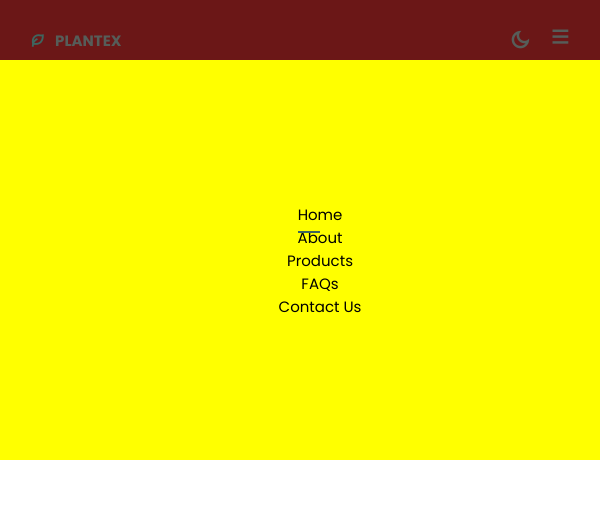
Repository: OmniaRafat232111121/plantwebsite
Page: index.html
These files come from the project's save history. The page is drawn as it stood at one moment and after the next save; the edit follows.
The browser window is 600 px wide. The pictures show the whole page.
After loading, the first visible `#navToggle` was clicked once.

Above is the page before, as saved 2023-01-04 16:15:36.

### index.html
<!DOCTYPE html>
<html lang="en">
<head>
    <meta charset="UTF-8">
    <meta http-equiv="X-UA-Compatible" content="IE=edge">
    <meta name="viewport" content="width=device-width, initial-scale=1.0">
    <title>plant-website</title>
      <!--icon web-->
    <link rel="shortcut icon" href="assets/img/favicon.png" type="image/x-icon">
    <!--css style-->
    <link rel="stylesheet" href="./assets/css/styles.css">
    <!--remix icon-->
    <link href="https://cdn.jsdelivr.net/npm/remixicon@2.5.0/fonts/remixicon.css" rel="stylesheet">
</head>
<body>
<!--header-->
<header class="header" id="header">
<div class="container-header">
    <a class="nav_logo">
   <i class="ri-leaf-line nav_logo-icon "></i>Plantex
</a>

<nav class="nav_menu" id="nav_menu">
    <ul class="nav_list" id="nav_list">
        <li class="nav_item" id="nav_item">
                            <a href="#home" class="nav_link active-link">Home</a>
                        </li>
                        <li class="nav__item">
                            <a href="#about" class="nav_link">About</a>
                        </li>
                        <li class="nav__item">
                            <a href="#products" class="nav_link">Products</a>
                        </li>
                        <li class="nav__item">
                            <a href="#faqs" class="nav_link">FAQs</a>
                        </li>
                        <li class="nav__item">
                            <a href="#contact" class="nav_link">Contact Us</a>
                        </li>
                        <li class="mood">
       <i class= "ri-moon-line change-theme" id="theme-button"></i>

    </li>



    </ul>

    <div class="nav-close" id="nav_close">
        <i class="ri-close-line"></i>

    </div>
    <div  class="nav-btns">
   <i class= "ri-moon-line change-theme" id="theme-button"></i>
    <div class="nav-toggle" id="navToggle">
      <i class="ri-menu-line"></i>
    </div>
   </div>
    </div>
</nav>
</div>

</header>
   <script src="./assets/js/main.js"></script>
</body>
</html>

### assets/css/styles.css
/*=============== GOOGLE FONTS ===============*/
@import url('https://fonts.googleapis.com/css2?family=Poppins:wght@400;500;600;700&display=swap');

/*=============== VARIABLES CSS ===============*/
:root {
  --header-height: 3.5rem; /*56px*/

  /*========== Colors ==========*/
  /*Color mode HSL(hue, saturation, lightness)*/
  --black:#000;
  --green:#3e655e;
  --hue: 152;
  --first-color: hsl(var(--hue), 24%, 32%);
  --first-color-alt: hsl(var(--hue), 24%, 28%);
  --first-color-light: hsl(var(--hue), 24%, 66%);
  --first-color-lighten: hsl(var(--hue), 24%, 92%);
  --title-color: hsl(var(--hue), 4%, 15%);
  --text-color: hsl(var(--hue), 4%, 35%);
  --text-color-light: hsl(var(--hue), 4%, 55%);
  --body-color: hsl(var(--hue), 0%, 100%);
  --container-color: #FFF;

  /*========== Font and typography ==========*/
  /*.5rem = 8px | 1rem = 16px ...*/
  --body-font: 'Poppins', sans-serif;
  --big-font-size: 2rem;
  --h1-font-size: 1.5rem;
  --h2-font-size: 1.25rem;
  --h3-font-size: 1rem;
  --normal-font-size: .938rem;
  --small-font-size: .813rem;
  --smaller-font-size: .75rem;

  /*========== Font weight ==========*/
  --font-medium: 500;
  --font-semi-bold: 600;

  /*========== Margenes Bottom ==========*/
  /*.5rem = 8px | 1rem = 16px ...*/
  --mb-0-5: .5rem;
  --mb-0-75: .75rem;
  --mb-1: 1rem;
  --mb-1-5: 1.5rem;
  --mb-2: 2rem;
  --mb-2-5: 2.5rem;

  /*========== z index ==========*/
  --z-tooltip: 10;
  --z-fixed: 100;
}

/* Responsive typography */
@media screen and (min-width: 968px) {
  :root {
    --big-font-size: 3.5rem;
    --h1-font-size: 2.25rem;
    --h2-font-size: 1.5rem;
    --h3-font-size: 1.25rem;
    --normal-font-size: 1rem;
    --small-font-size: .875rem;
    --smaller-font-size: .813rem;
  }
}

/*=============== BASE ===============*/
*{
  box-sizing: border-box;
  padding: 0;
  margin: 0;
}

html{
  scroll-behavior: smooth;
}

body,
button,
input,
textarea{
  font-family: var(--body-font);
  font-size: var(--normal-font-size);
}

body{
  margin: var(--header-height) 0 0 0;
  background-color: var(--body-color);
  color: var(--text-color);
  transition: .4s; /*For animation dark mode*/
}

button{
  cursor: pointer;
  border: none;
  outline: none;
}

h1,h2,h3{
  color: var(--title-color);
  font-weight: var(--font-semi-bold);
}

ul{
  list-style: none;
}

a{
  text-decoration: none;
}

img{
  max-width: 100%;
  height: auto;
}
/*========== resuable component ==========*/



/*========Header========*/
 header{
  background-color: rgb(107, 23, 23);
  position: fixed;
  top:0;
  left:0;
  width:100%;
  z-index:1000;
  transition: 0.3s;
}
.container-header{
  display:flex;
  align-items: center;
  justify-content: space-between;
  height:var(--header-height);
  padding:40px;
}
.nav_menu{

}
.nav_logo{
  text-transform: uppercase;
  display:inline-flex;
  align-items: center;
  column-gap: 10px;
  font-weight: bold;
  margin-left: 50px;
  cursor: pointer;
}
.nav_logo:hover{
  color:var(--green);
}
.nav_logo-icon{
   color:var(--green);
}
.nav_logo i:hover{
  color:var(--black);
}
nav ul li {
  display: inline-block;
  cursor: pointer;
  margin-left: 40px;
}
nav ul li a{
  color:var(--black);


}
.nav-btns{
  display: none;
}
.mood{
  margin-left: 40px;
  font-size: 20px;

}

.nav-close
{

  font-size: 1.5rem;
  position: relative;
  top: 70px;
  right: 1.25rem;
  cursor: pointer;
  display: none;


}

.nav-btns{
  font-size: 20px;
  cursor: pointer;
}
.active-link{
  position: relative;
  color: var(--black);
}
.active-link::after{
  content: '';
  position: absolute;
  bottom: -8px;
  left: 0;
  width: 50%;
  height: 2px;
  background-color: var(--green);
}
.nav_link:hover{
 color: var(--green);
 transition: 0.3s;
}
@media screen and (max-width: 767px){
.nav_list{
display: none;
}
.nav_logo{
  margin-left: -10px;
}

.nav-btns{
  display:inline-flex;
  align-items: center;
  column-gap: 20px;
  font-weight: bold;
  margin-right: -10px;
  cursor: pointer;
}

  .show-menu{

     /* position: fixed;
    background-color:rgb(51, 15, 15);
    width: 100%;
    height: 50%;
    top: 80px;
    right: 0px;
    transition: .3s;
    z-index: 1000;
    display:grid;
    justify-content: center;
    text-align: center;


   */
    position: fixed;
  top: 60px;
  left:0;


  height:400px;
  width:100%;
   background-color:yellow;

  display: flex;
  align-items: center;
  justify-content: center;
  flex-direction: column;


  }
  .show-menu {

  }
  .show-menu .mood .ri-moon-line{
    display: none;
  }




}

### assets/js/main.js
let navMenu = document.getElementById('nav_menu');
let navList = document.getElementById('nav_list');
let navItem = document.getElementById('nav ul li');
let closeButton = document.getElementById('nav_close');
let navToggle = document.getElementById('navToggle');
navToggle.addEventListener('click', function () {
    navList.classList.toggle('show-menu');


})
// navMenu.addEventListener('click', function () {
//     navToggle.classList.toggle('show-menu');


// })

After the next save:
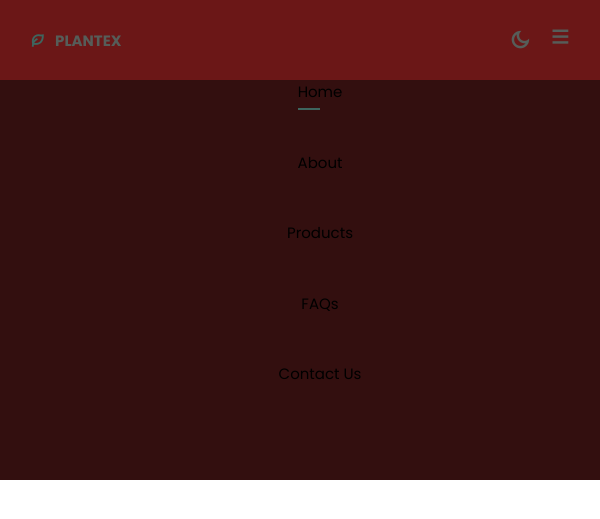
Saved 23 s later.
--- a/assets/css/styles.css
+++ b/assets/css/styles.css
@@ -225,7 +225,7 @@ display: none;
 
   .show-menu{
 
-     /* position: fixed;
+     position: fixed;
     background-color:rgb(51, 15, 15);
     width: 100%;
     height: 50%;
@@ -238,20 +238,8 @@ display: none;
     text-align: center;
 
 
-   */
-    position: fixed;
-  top: 60px;
-  left:0;
-
-
-  height:400px;
-  width:100%;
-   background-color:yellow;
-
-  display: flex;
-  align-items: center;
-  justify-content: center;
-  flex-direction: column;
+
+
 
 
   }
